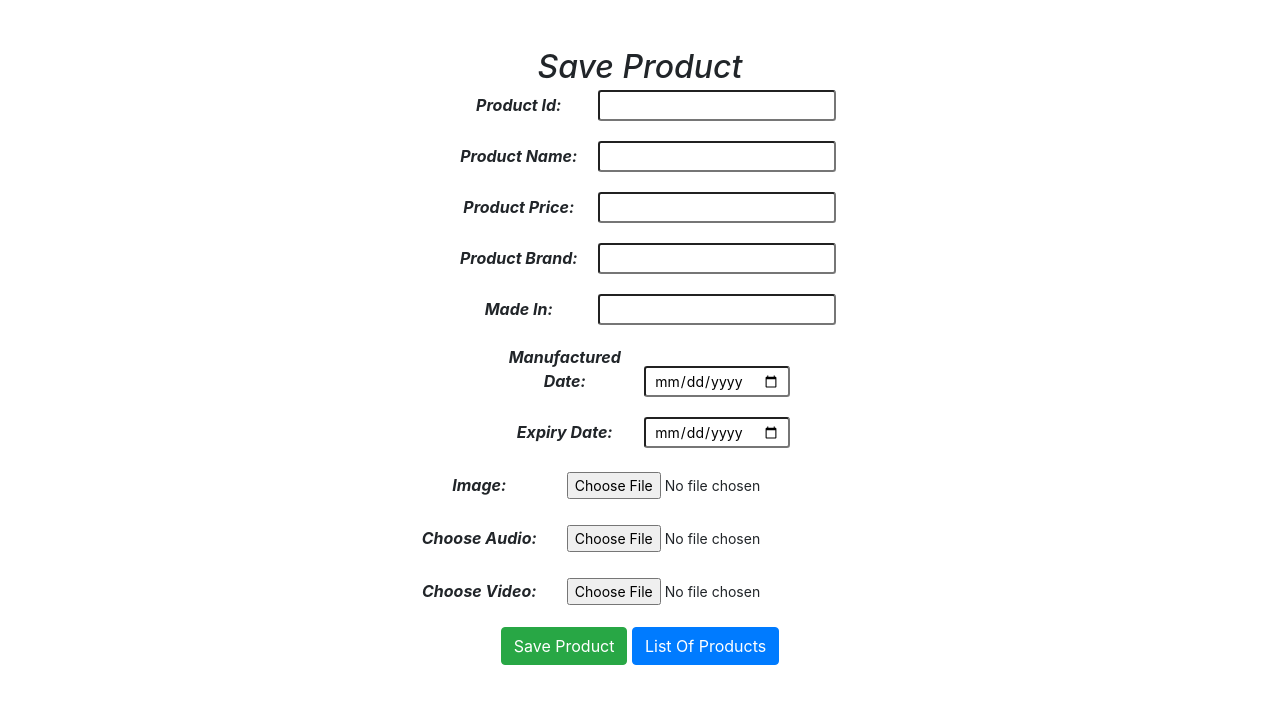
Repository: ananthaanusha/advjavaprograms
Page: ProductManagementApp/src/main/webapp/addProduct.html
These files come from the project's save history. The page is drawn as it stood at one moment and after the next save; the edit follows.
The browser window is 1280 px wide. The pictures show the whole page.

Above is the page before, as saved 2024-03-09 10:07:10.

### ProductManagementApp/src/main/webapp/addProduct.html
<!DOCTYPE html>
<html>
	<head>
		<title>Product Details...</title>
		<!-- Latest compiled and minified CSS -->
<link rel="stylesheet" href="https://stackpath.bootstrapcdn.com/bootstrap/4.5.2/css/bootstrap.min.css" integrity="sha384-JcKb8q3iqJ61gNV9KGb8thSsNjpSL0n8PARn9HuZOnIxN0hoP+VmmDGMN5t9UJ0Z" crossorigin="anonymous">

		<script type="text/javascript" src="formvalidation.js"></script>
		<style>
      div {
        margin-bottom: 10px;
      }
      label {
        display: inline-block;
        width: 150px;
      }
    </style>
	</head>
	<body>
	<div class="container mt-5 text-center">
	<h2 class="text-center font-italic mb-1">Save Product</h2>
	  <form method="post" action="AddProductServlet" enctype="multipart/form-data" onsubmit="return validateForm()">

		<div class="form-group">
		<label class="font-italic font-weight-bold" for="proId">Product Id:</label>
		<input type="text" class="form-control-sm" id="proId" name="proId" >
		</div>


		<div class="form-group">
		<label class="font-italic font-weight-bold" for="proName">Product Name:</label>
		<input type="text" class="form-control-sm" id="proName" name="proName" >
		</div>

		<div class="form-group">
		<label class="font-italic font-weight-bold" for="proPrice">Product Price:</label>
		<input type="number" class="form-control-sm" id="proPrice" name="proPrice" >
		</div>


		<div class="form-group">
		<label class="font-italic font-weight-bold" for="proBrand">Product Brand:</label>
		<input type="text" class="form-control-sm" id="proBrand" name="proBrand" >
		</div>


		<div class="form-group">
		<label class="font-italic font-weight-bold" for="madeIn">Made In:</label>
		<input type="text" class="form-control-sm" id="madeIn" name="madeIn" >
		</div>


		<div class="form-group">
		<label class="font-italic font-weight-bold" for="mDate">Manufactured Date:</label>
		<input type="date" class="form-control-sm" id="mDate" name="mDate" >
		</div>


		<div class="form-group">
		<label class="font-italic font-weight-bold" for="eDate">Expiry Date:</label>
		<input type="date" class="form-control-sm" id="eDate" name="eDate" >
		</div>


		<div class="form-group">
		<label class="font-italic font-weight-bold" for="proImage">Image:</label>
		<input type="file" class="form-control-sm" id="proImage" name="proImage" accept="image/*">
		</div>

		<div class="form-group">
		<label class="font-italic font-weight-bold" for="audio">Choose Audio:</label>
		<input type="file" class="form-control-sm" id="audio" name="audio" accept="audio/*">
		</div>

		<div class="form-group">
		<label class="font-italic font-weight-bold" for="video">Choose Video:</label>
		<input type="file" class="form-control-sm" id="proVideo" name="proVideo" accept="video/*">
		</div>
		<div>
		  <input type="submit" class="btn btn-success" value="Save Product"/>
		  <a href="productList.jsp" class="btn btn-primary">List Of Products</a>
		</div>
	  </form>
	</div>
	</body>
</html>

### ProductManagementApp/src/main/webapp/formvalidation.js
function validateForm(){
	var proId=Document.getElementById("proId").value;
	var proName=Document.getElementById("proName").value;
	var proPrice=Document.getElementById("proPrice").value;
	var proBrand=Document.getElementById("proBrand").value;
	var madeIn=Document.getElementById("madeIn").value;

	if(proId.trim() ==="" || proName.trim() ==="" || proPrice.trim() ==="" || proBrand.trim() ==="" || madeIn.trim() ==="")
	{
	alert("All Fields Must Be Filled Out");
	return false;
	}
	if(parseFloat(proPrice)<0){
		alert("price must not be negative ");
		return false;
	}
	if(proName.length >50 || proBrand.length>50){
		alert("Product Name and Brand length should not exceed 50 characters");
		return false;
	}
	var promfgdt=document.getElementById("mDate").value;
	var proexpdt=document.getElementById("eDate").value;
	var manufacturedDate = new Date(promfgdt);
	var expiryDate=new Date(proexpdt);
	if(manufacturedDate > expiryDate)
	{
		alert("manufactured date cannot be greater than expiry date");
		return false;
	}
	return true;
}

After the next save:
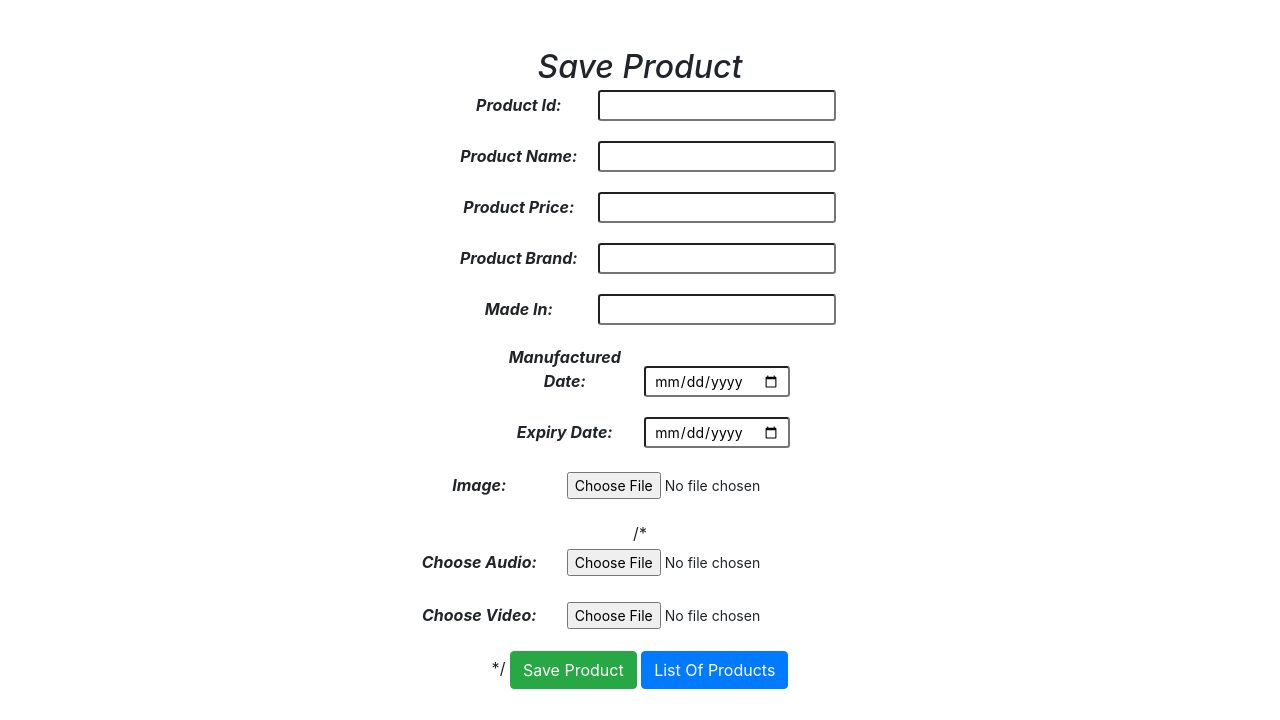
Saved 7 min 16 s later.
--- a/ProductManagementApp/src/main/webapp/addProduct.html
+++ b/ProductManagementApp/src/main/webapp/addProduct.html
@@ -67,7 +67,7 @@
 		<input type="file" class="form-control-sm" id="proImage" name="proImage" accept="image/*">
 		</div>
 
-		<div class="form-group">
+		/*<div class="form-group">
 		<label class="font-italic font-weight-bold" for="audio">Choose Audio:</label>
 		<input type="file" class="form-control-sm" id="audio" name="audio" accept="audio/*">
 		</div>
@@ -76,7 +76,7 @@
 		<label class="font-italic font-weight-bold" for="video">Choose Video:</label>
 		<input type="file" class="form-control-sm" id="proVideo" name="proVideo" accept="video/*">
 		</div>
-		<div>
+		<div>*/
 		  <input type="submit" class="btn btn-success" value="Save Product"/>
 		  <a href="productList.jsp" class="btn btn-primary">List Of Products</a>
 		</div>
